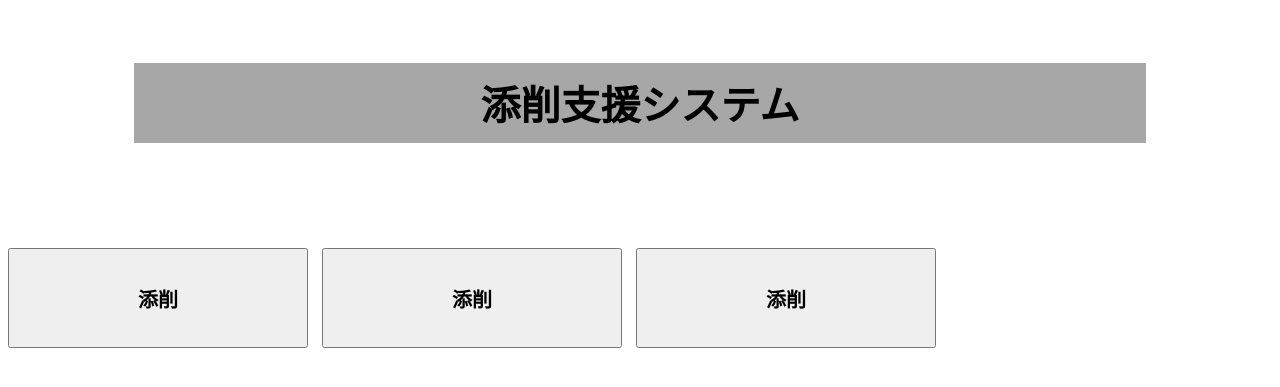
Repository: k-murakami18/canvas_v2
Page: Main.html
An editor plug-in stored every save of this project. The page is shown before and after the next save, followed by the edit.
The browser window is 1280 px wide. The pictures show the whole page.

Above is the page before, as saved 2021-01-04 19:52:56.

### Main.html
<!DOCTYPE html>
<html lang="en">

<head>
  <meta charset="UTF-8">
  <title>添削支援システム</title>
  <link rel="stylesheet" href="css/jquery-ui-1.8.16.custom.css" />
  <link rel="stylesheet" href="./style.css">
  <link rel="stylesheet" href="https://cdn.jsdelivr.net/npm/simplebar@latest/dist/simplebar.css">
  <script src="//cdnjs.cloudflare.com/ajax/libs/jspdf/1.3.3/jspdf.min.js"></script>
  <script src="js/jquery.1.6.4.min.js"></script>
  <script src="js/jquery-ui-1.8.16.custom.min.js"></script>
  <script type="text/javascript" src="./dist/fabric.js"></script>
  <script type="text/javascript" src="./dist/fabric.min.js"></script>
</head>

<body>
  <!--タイトルとファイル選択-->
  <div class="title">
    <div class="title_container">
      <div style="float: left;">
        <h1 id="title" style="display:inline;">添削支援システム</h1>
      </div>
    </div>
  </div>
  <div style="clear:left;"></div>

  <button class="button" type="submit" name="name" onclick="location.href='index.html'">添削</button>
  <button class="button" type="submit" name="name" onclick="location.href='index.html'">添削</button>
  <button class="button" type="submit" name="name" onclick="location.href='index.html'">添削</button>

</body>

</html>

### style.css
/*タイトルコンテナ*/
.title_container{
  width: 80%;
  height: 80px;
  font-size: 20px;
  display: flex;
  background-color: #A7A7A7;
  justify-content: center; /*左右中央*/
  align-items: center; /*上下中央*/
  margin-top: 5%;
  margin-bottom: 5px;
  margin-left: auto;
  margin-right: auto;
}

/*ボタンコンテナ*/
.button_container{
  width: 50px;
  height: 602px;
  background-color: #DADADA;
  margin-bottom: 5px;
  margin-right: 5px;
}

/*各ボタンの設定*/
.btn-box,.btn_box{
  display: inline-block;
  widows: 25px;
  height: 25px;
  border: 1px black solid;
  padding: 2px;
  border-radius: 5px;
}
.btn_box_black{
  display: inline-block;
  widows: 25px;
  height: 25px;
  border: 1px white solid;
  padding: 2px;
  border-radius: 5px;
}
.select{
  margin-top: 10px;
  margin-left: 9px;
}
.aaa{
  margin-top: 0px;
  margin-left: 9px;
}
.margin{
  margin-top: 10px;
  margin-left: 9px;
}

/*ボタン枠線削除*/
input:focus {
	outline:0;
}

/*キャンバス*/
canvas {
	position: relative;
	border:1px solid #000;
}

/*保存履歴コンテナ*/
.history_container{
  height: 600px;
  width: 330px;
  background-color: whitesmoke;
  border: 1px solid black;
  margin-left: 10px;
}

/*保存履歴タイトル*/
#title_tmpList{
  margin-top: 2px;
  margin-left: 10px;
  margin-bottom: 2px;
  font-weight: bolder;
  text-align: center;
}
.subtitle_tmpList{
  margin-top: 3px;
  margin-bottom: 3px;
  font-weight: bolder;
  font-size: 13px;
  text-align: center;
}

/*「保存履歴」の下線*/
.hr{
  border-bottom: 1px solid black;
  width: 93%;
  margin-left: auto;
  margin-right: auto;
}
/*「ブックマーク」「添削保存」の下線*/
.hr2{
  border-bottom: 1px solid black;
  width: 83%;
  margin-left: auto;
  margin-right: auto;
}

#bookmark_viewpanel{
  height: 539px;
  width: 100px;
  background-color: whitesmoke;
  margin-top: 5px;
}

#normal_viewpanel{
  height: 539px;
  width: 190px;
  background-color: whitesmoke;
  margin-top: 5px;
}

#bookmark_tmp{
  border-right: 1px solid black;
}

.tmpImage{
  border: 1px solid black;
  margin-left: 10px;
}

#setColor li{
  display: inline-block;
  width: 25px;
  height: 25px;
  border:1px solid #000;
}

.button{
  width: 300px;
  height: 100px;
  font-size: 20px;
  font-weight: bold;
  margin-top: 100px;
  margin-right: 10px;
}

Loaded but not shown: css/jquery-ui-1.8.16.custom.css (library); js/jquery.1.6.4.min.js (library); js/jquery-ui-1.8.16.custom.min.js (library); dist/fabric.js (library); dist/fabric.min.js (library)

After the next save:
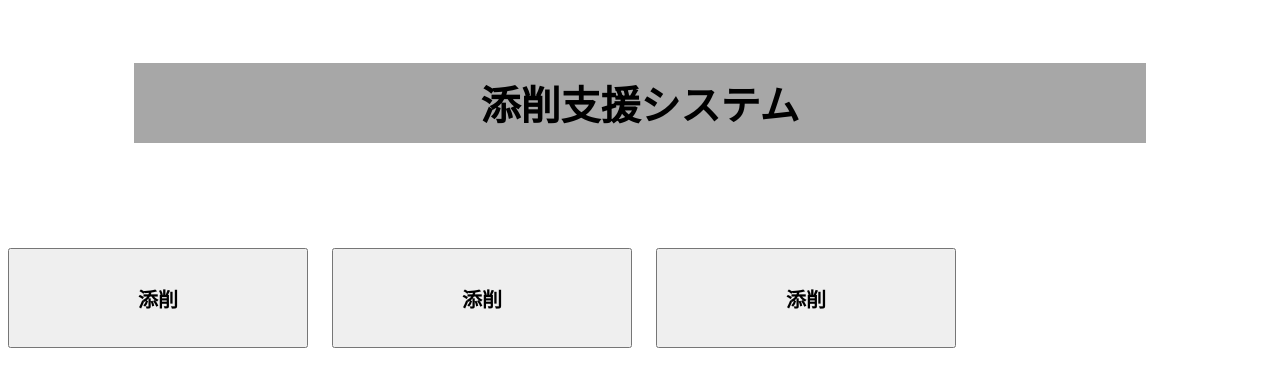
Saved 6 s later.
--- a/style.css
+++ b/style.css
@@ -139,5 +139,5 @@ canvas {
   font-size: 20px;
   font-weight: bold;
   margin-top: 100px;
-  margin-right: 10px;
+  margin-right: 20px;
 }
